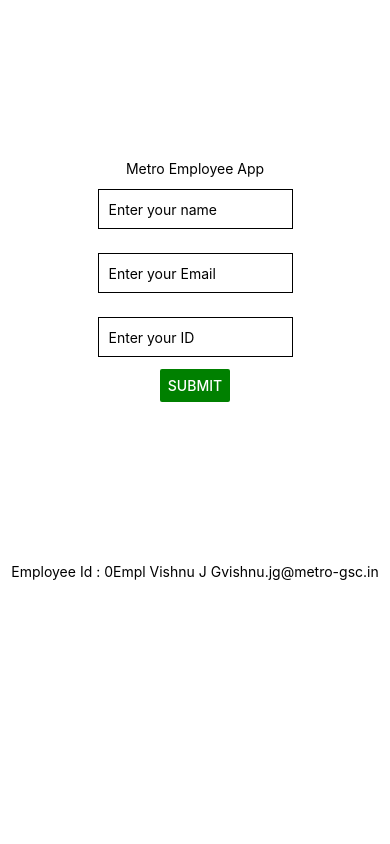
Repository: VishnuJG/Metro-Employee-App
Screen: /
The author's editor kept a copy of each file at every save. The screen is drawn from the files as they stood at one save, then again after a run of saves.
The app was drawn by React Native's web renderer in a window 390 px wide. The project was rebuilt for these pictures with package versions that can differ from the ones it lists, and the page was loaded fresh each time.

Above is the screen before, as saved 2022-06-28 14:01:26.

After the next 2 saves:
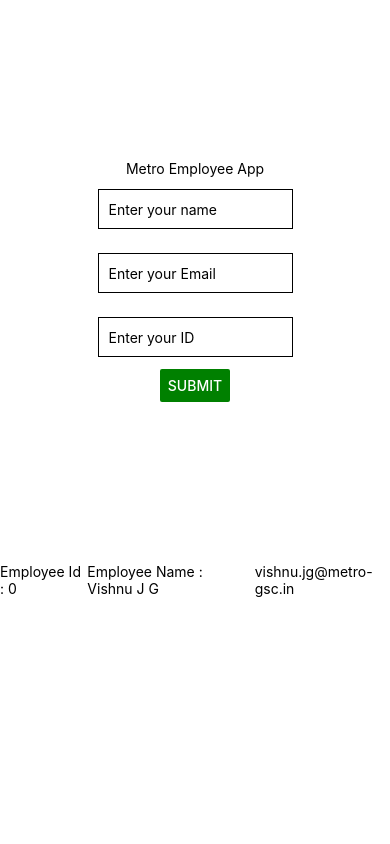
The 2 saves are shown as one change because they came seconds apart.
The last was saved 6 s later.
--- a/components/Task.js
+++ b/components/Task.js
@@ -9,7 +9,7 @@ export default function Task(props) {
   return (
     <View style={styles.employee}>
       <Text>Employee Id : {props.eid}</Text>
-      <Text>Empl{props.ename}</Text>
+      <Text>Employee Name : {props.ename}</Text>
       <Text>{props.eemail}</Text>
 
     </View>
